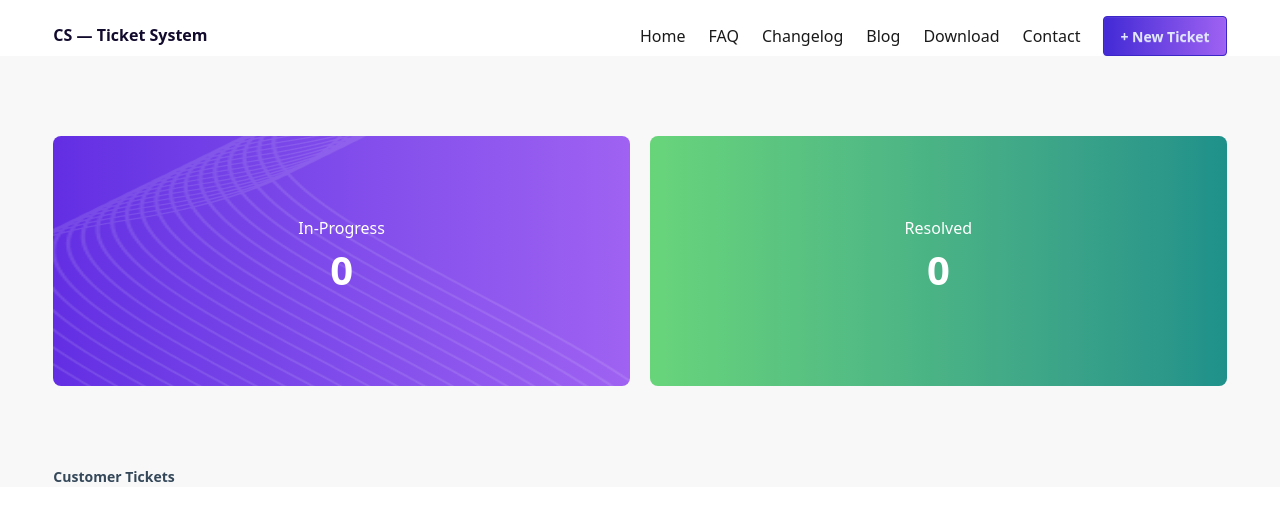
Repository: SanjidaSnigdha/Customer-Support-Zone
Page: /
The author's editor kept a copy of each file at every save. The page is drawn from the files as they stood at one save, then again after the next save.
The browser window is 1280 px wide. The pictures show the whole page.
The project was rebuilt for these pictures with package versions that can differ from the ones it lists, and the page was loaded fresh each time. Also part of the build but not shown: vite.config.js, src/App.css.

Above is the page before, as saved 2026-03-24 03:17:10.

### index.html
<!doctype html>
<html lang="en">
  <head>
    <meta charset="UTF-8" />
    <link rel="icon" type="image/svg+xml" href="/favicon.svg" />
    <meta name="viewport" content="width=device-width, initial-scale=1.0" />
    <title>customer-support-zone</title>
  </head>
  <body>
    <div id="root"></div>
    <script type="module" src="/src/main.jsx"></script>
  </body>
</html>

### src/index.css
 @import "tailwindcss";
 @plugin "daisyui" {
  themes: light --default, dark --prefersdark;
  themes: light --default;
 }

### src/App.jsx
import { Suspense, useState } from 'react'
import './App.css'
import Navbar from './component/Navbar/Navbar'
import Banner from './component/Banner/Banner'
import CustomerTickets from './component/CustomerTickets/CustomerTickets'

const fetchTickets = async()=>{
  const res = await fetch("/customers.json")
  return res.json()
}

function App() {
  const customerPromise = fetchTickets()

  return (
    <>
    <div className='flex flex-col'>
   <Navbar></Navbar>
   <div className='flex-1 bg-base-200'>
    <Banner></Banner>
    <Suspense fallback={<span className="loading loading-spinner loading-xl"></span>
}>
          <CustomerTickets customerPromise={customerPromise}></CustomerTickets>

    </Suspense>
   </div>
   </div>

    </>
  )
}

export default App

### src/component/Navbar/Navbar.jsx
import React from 'react';

const Navbar = () => {
    return (
        <div className='flex justify-between w-11/12 mx-auto mt-4'>
            <div className='navbar-start'>
                <h1 className='w-[833px] h-[26px] font-bold text-[#130B2D]'>CS — Ticket System</h1>
            </div>
            <div className='navbar-end justify-between gap-3 text-[#000000]/90'>
                <a>Home</a>
                <a>FAQ</a>
                <a>Changelog</a>
                <a>Blog</a>
                <a>Download</a>
                <a>Contact</a>
         <button className='btn btn-primary bg-gradient-to-r from [#632EE3] to-[#9F62F2]'>+ New Ticket</button>
            </div>
        </div>
    );
};

export default Navbar;

### src/component/Banner/Banner.jsx
import React from 'react';
import vectorImg1 from '../../assets/vector1.png'
import vectorImg2 from '../../assets/vector2.png'

const Banner = () => {
    return (
        <div className='flex justify-between w-11/12 mx-auto mt-20 gap-5'>
            <div className='relative'>
             <img src={vectorImg1} alt="" className=' bg-gradient-to-r from-[#632EE3] to-[#9F62F2] w-[700px] h-[250px] rounded-[8px]'/>
             <p className='absolute text-center inset-20 text-[#FFFFFF]'>In-Progress<br /><span className='font-bold text-[#FFFFFF] text-[40px]'>
                0</span></p>

            </div>
            <div className='relative'>
      <img src={vectorImg2} alt="" className='bg-gradient-to-r from-[#54CF68] to-[#00827A] w-[700px] h-[250px] rounded-[8px]'/>
        <p className='absolute text-center inset-20 text-[#FFFFFF]'>Resolved<br /><span className='font-bold text-[#FFFFFF] text-[40px]'>
                0</span></p>

            </div>
        </div>
    );
};

export default Banner;

### src/component/CustomerTickets/CustomerTickets.jsx
import React, { use } from 'react';
const CustomerTickets = ({customerPromise}) => {
    const customerTicket = use(customerPromise)
    console.log(customerTicket)
    return (
        <div className='w-11/12 mx-auto'>
        <h1 className='font-semibold text-[#34485A] text-[14px] mt-20'>Customer Tickets</h1>
        </div>
    );
};

export default CustomerTickets;

### public/customers.json
[
  {
    "id": 1,
    "title": "Login Issue",
    "description": "Customer unable to login with correct credentials.",
    "customer": "Alice Johnson",
    "priority": "High",
    "status": "Open",
    "createdAt": "2026-03-20T10:15:00Z"
  },
  {
    "id": 2,
    "title": "Payment Failure",
    "description": "Transaction failed while trying to purchase subscription.",
    "customer": "Bob Smith",
    "priority": "High",
    "status": "Pending",
    "createdAt": "2026-03-21T14:22:00Z"
  },
  {
    "id": 3,
    "title": "Feature Request",
    "description": "Request to add dark mode in dashboard.",
    "customer": "Charlie Brown",
    "priority": "Medium",
    "status": "Open",
    "createdAt": "2026-03-22T09:30:00Z"
  },
  {
    "id": 4,
    "title": "Bug in Reports",
    "description": "Monthly report shows incorrect sales numbers.",
    "customer": "Diana Prince",
    "priority": "High",
    "status": "In Progress",
    "createdAt": "2026-03-22T11:45:00Z"
  },
  {
    "id": 5,
    "title": "Password Reset",
    "description": "Customer forgot password and cannot reset it via email.",
    "customer": "Ethan Hunt",
    "priority": "Medium",
    "status": "Resolved",
    "createdAt": "2026-03-23T08:10:00Z"
  },
  {
    "id": 6,
    "title": "Account Deactivation",
    "description": "Customer wants to deactivate account permanently.",
    "customer": "Fiona Gallagher",
    "priority": "Low",
    "status": "Pending",
    "createdAt": "2026-03-23T12:05:00Z"
  },
  {
    "id": 7,
    "title": "App Crash",
    "description": "Mobile app crashes when opening settings page.",
    "customer": "George Martin",
    "priority": "High",
    "status": "Open",
    "createdAt": "2026-03-24T07:50:00Z"
  },
  {
    "id": 8,
    "title": "Invoice Issue",
    "description": "Invoice generated shows wrong billing amount.",
    "customer": "Hannah Lee",
    "priority": "Medium",
    "status": "In Progress",
    "createdAt": "2026-03-24T09:30:00Z"
  },
  {
    "id": 9,
    "title": "Email Notifications",
    "description": "Customer not receiving notification emails.",
    "customer": "Ian Curtis",
    "priority": "Medium",
    "status": "Open",
    "createdAt": "2026-03-24T10:00:00Z"
  },
  {
    "id": 10,
    "title": "Data Export",
    "description": "Unable to export CSV from analytics dashboard.",
    "customer": "Jessica Alba",
    "priority": "Low",
    "status": "Resolved",
    "createdAt": "2026-03-24T11:15:00Z"
  }
]

Loaded but not shown: src/main.jsx (common file)

After the next save:
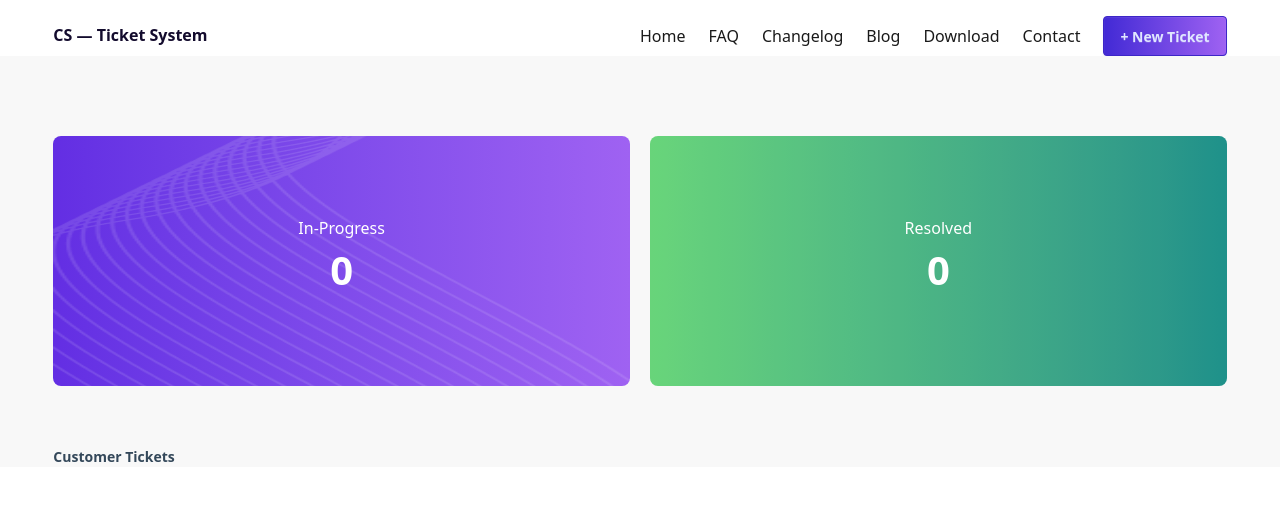
Saved 27 s later.
--- a/src/component/CustomerTickets/CustomerTickets.jsx
+++ b/src/component/CustomerTickets/CustomerTickets.jsx
@@ -4,7 +4,7 @@ const CustomerTickets = ({customerPromise}) => {
     console.log(customerTicket)
     return (
         <div className='w-11/12 mx-auto'>
-        <h1 className='font-semibold text-[#34485A] text-[14px] mt-20'>Customer Tickets</h1>
+        <h1 className='font-semibold text-[#34485A] text-[14px] mt-15'>Customer Tickets</h1>
         </div>
     );
 };
